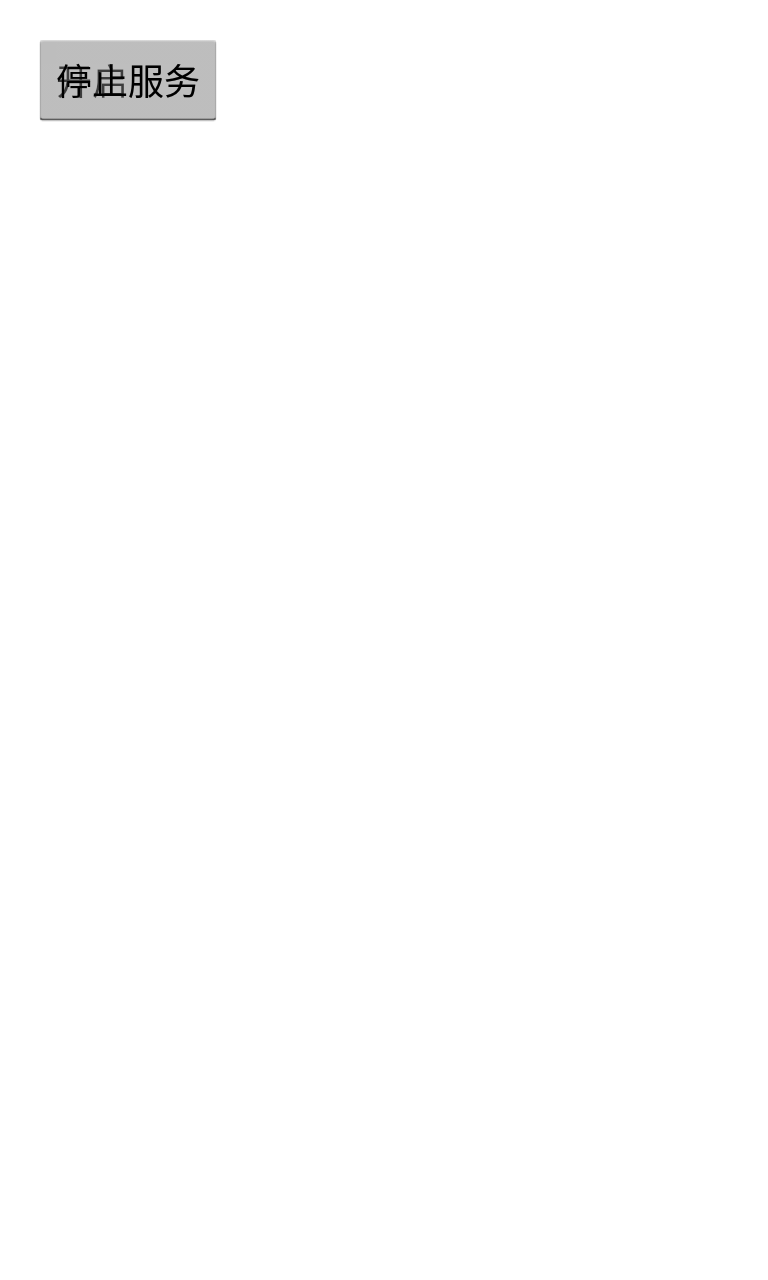
Repository: nickof/study
Layout: Android/itheima/day12服务/代码/Day12_01_startService开启服务/res/layout/activity_main.xml
An editor plug-in stored every save of this project. The layout is shown before and after the next save, followed by the edit.
It is drawn on a 768 x 1280 px phone screen (xhdpi) without system bars, with theme AppTheme; the app's code is not run.

Above is the layout before, as saved 2016-09-20 02:25:04.

After the next save:
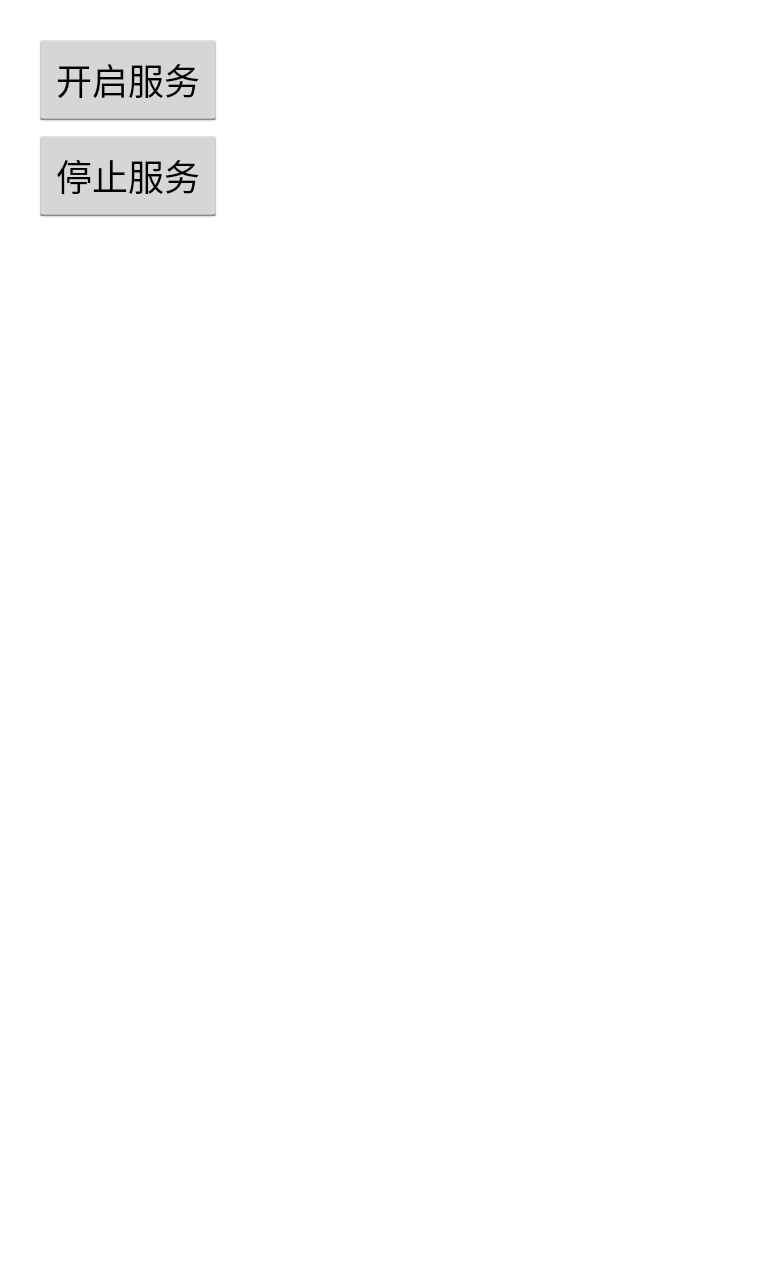
Saved 48 s later.
--- a/Android/itheima/day12服务/代码/Day12_01_startService开启服务/res/layout/activity_main.xml
+++ b/Android/itheima/day12服务/代码/Day12_01_startService开启服务/res/layout/activity_main.xml
@@ -1,4 +1,4 @@
-<RelativeLayout xmlns:android="http://schemas.android.com/apk/res/android"
+<LinearLayout xmlns:android="http://schemas.android.com/apk/res/android"
     xmlns:tools="http://schemas.android.com/tools"
     android:layout_width="match_parent"
     android:layout_height="match_parent"
@@ -6,6 +6,7 @@
     android:paddingLeft="@dimen/activity_horizontal_margin"
     android:paddingRight="@dimen/activity_horizontal_margin"
     android:paddingTop="@dimen/activity_vertical_margin"
+    android:orientation="vertical"
     tools:context=".MainActivity" >
 
     <Button
@@ -19,4 +20,4 @@
         android:onClick="stop"
         android:text="停止服务" />
 
-</RelativeLayout>
+</LinearLayout>
